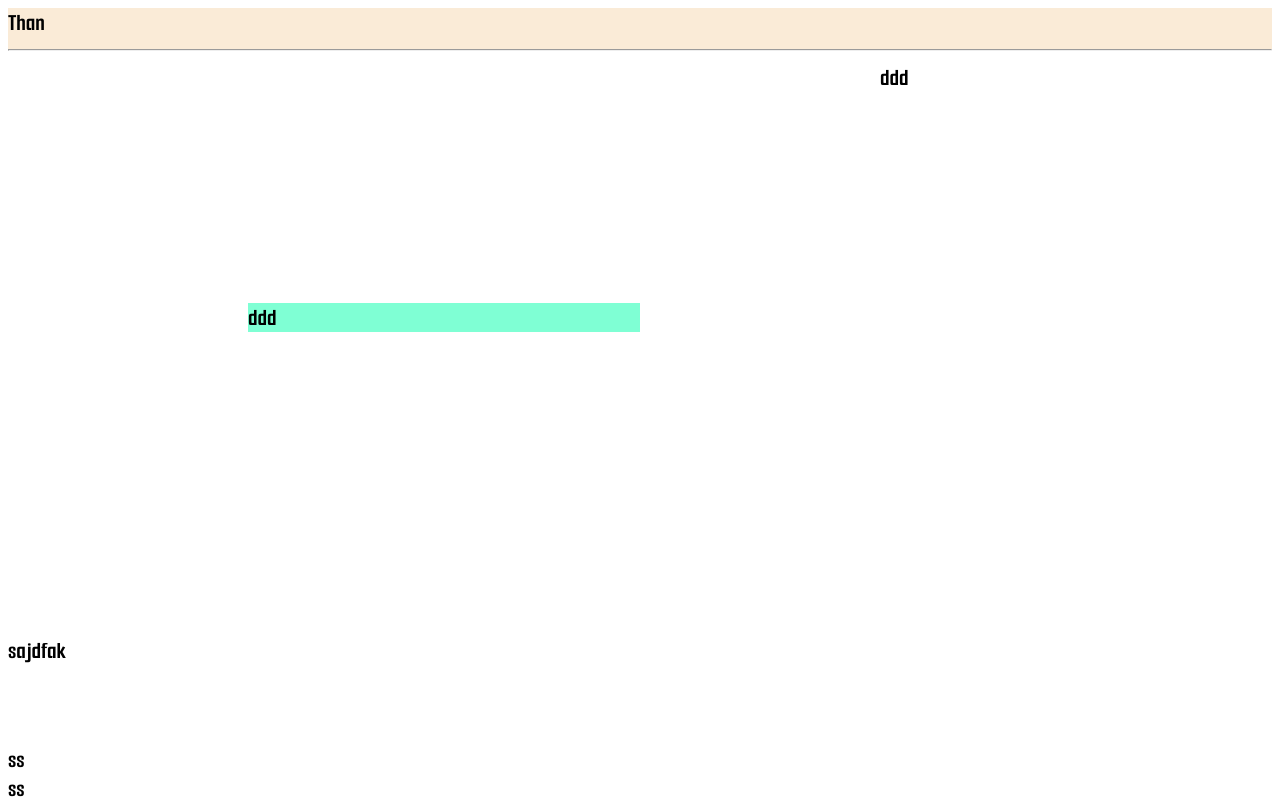
Repository: Than-dot/Than-dot
Page: index.html
The author's editor kept a copy of each file at every save. The page is drawn from the files as they stood at one save, then again after a run of saves.
The browser window is 1280 px wide. The pictures show the whole page.

Above is the page before, as saved 2026-04-22 12:39:32.

After the next 2 saves:
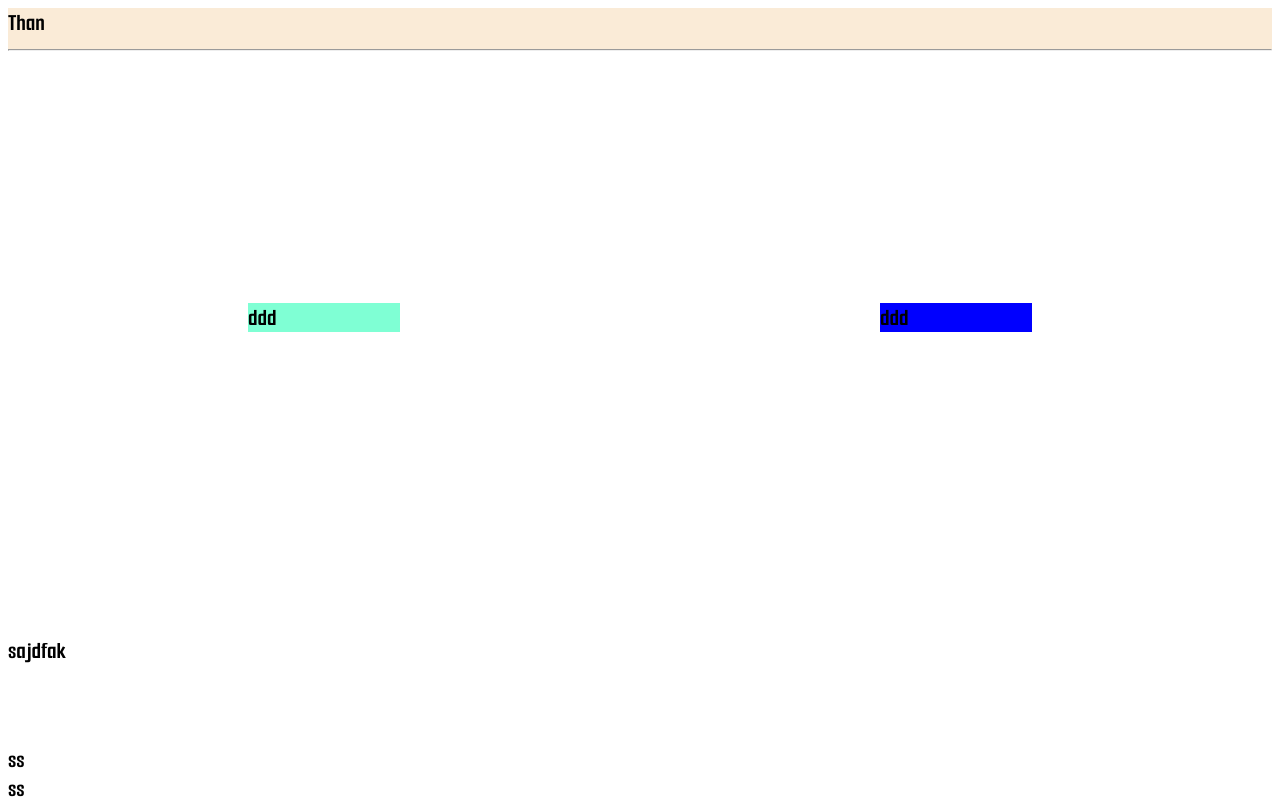
The 2 saves are shown as one change because they came seconds apart.
The last was saved 5 s later.
--- a/styles/index.css
+++ b/styles/index.css
@@ -14,7 +14,7 @@ header {
   margin: 15rem;
 }
 
-.f-as {
+.f-asi {
   background-color: blue;
   margin: 15rem;
 }
